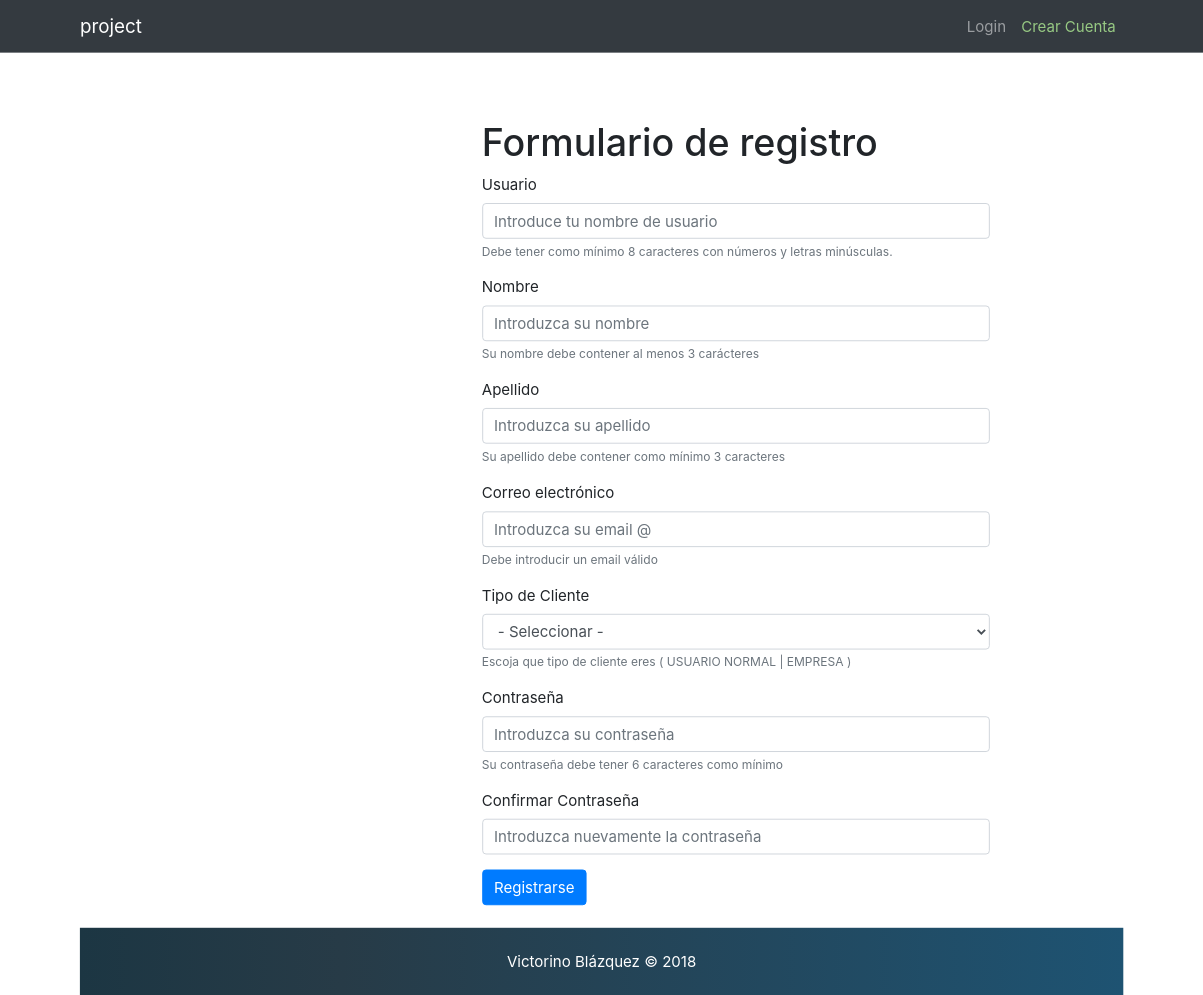
Repository: VictorinoBF97/ProjectPHP
Page: http://localhost/project/register/index.php
These files come from the project's save history. The page is drawn as it stood at one moment and after a run of saves; the edit follows.
The browser window is 1280 px wide. The pictures show the whole page, at 94% of full size.
The page is run by PHP 8.4 with error messages shown; the project is at /var/www/html/.

Above is the page before, as saved 2018-11-18 10:30:49.

After the next 2 saves:
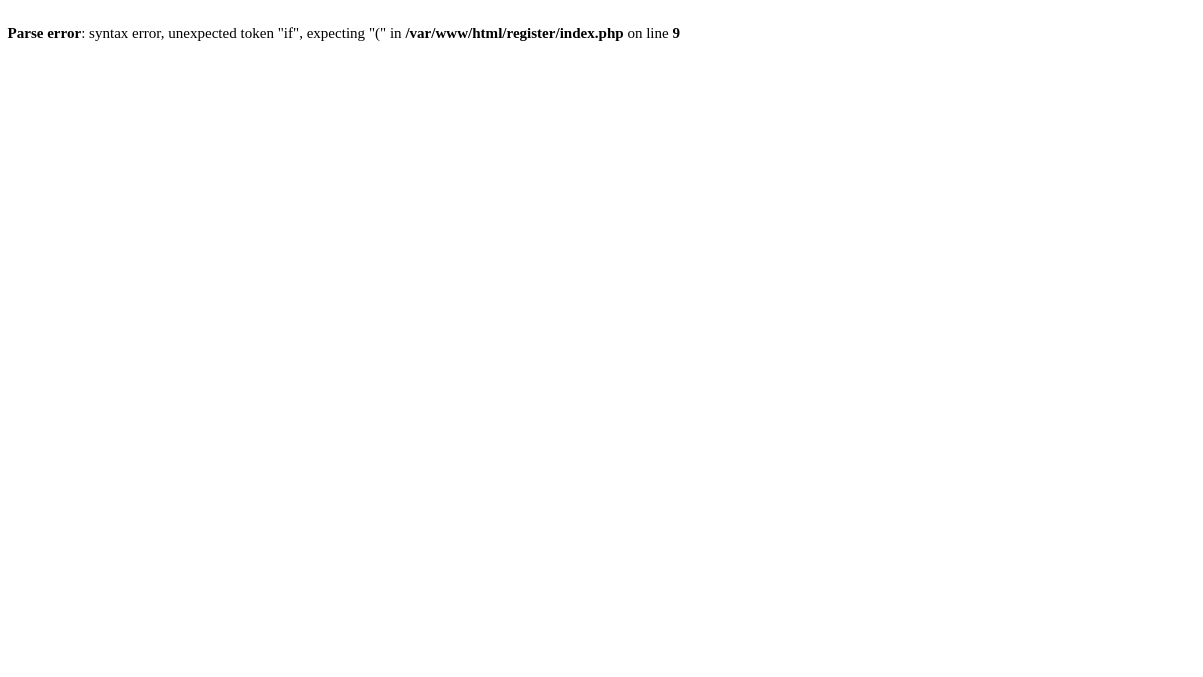
The 2 saves are shown as one change because they came seconds apart.
The last was saved 8 s later.
--- a/register/index.php
+++ b/register/index.php
@@ -3,7 +3,8 @@
     require_once '../setup.php';
     require_once '../database/conexion.php';
 
-    //Si la sesion esta iniciada reevnia al usuario a la
+    //Si la sesion esta iniciada reevnia al usuario a la página principal
+    if
 
 if(isset($_POST['register'])){
     // Cargar datos del formulario

After the 5 saves that followed:
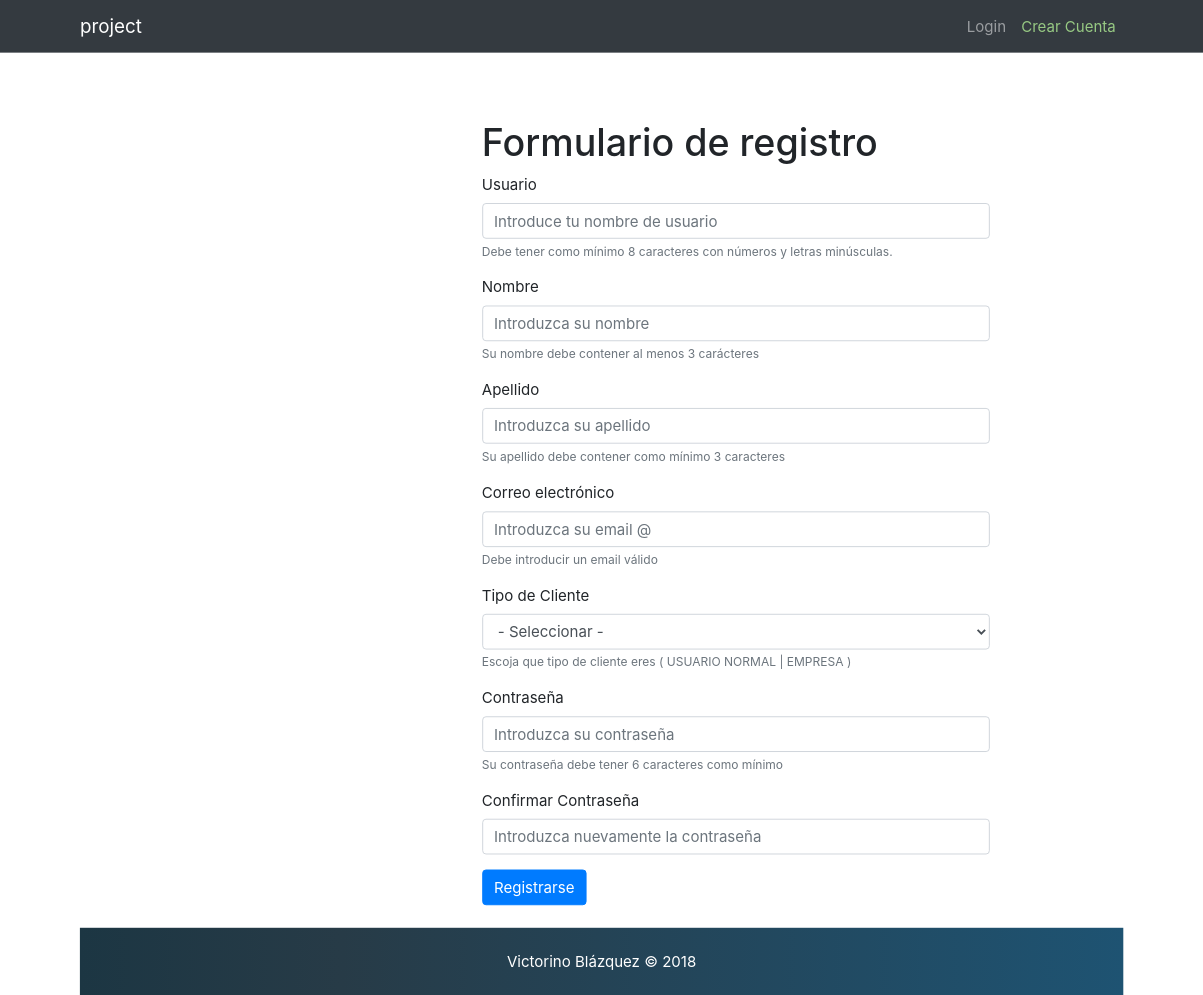
The 5 saves are shown as one change because they came seconds apart.
The last was saved 5 min 33 s later.
--- a/register/index.php
+++ b/register/index.php
@@ -4,7 +4,7 @@
     require_once '../database/conexion.php';
 
     //Si la sesion esta iniciada reevnia al usuario a la página principal
-    if
+    if(isset($_SESSION['userdata']))
 
 if(isset($_POST['register'])){
     // Cargar datos del formulario
